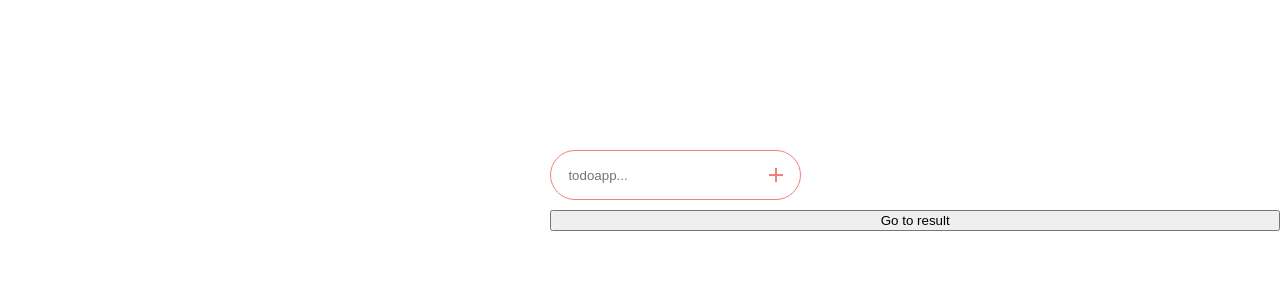
Repository: ehabmelhem/React-Redux--todoapp
Page: / (app in todoapp/)
The author's editor kept a copy of each file at every save. The page is drawn from the files as they stood at one save, then again after the next save.
The browser window is 1280 px wide. The pictures show the whole page.
The project was rebuilt for these pictures with package versions that can differ from the ones it lists, and the page was loaded fresh each time. Imported but missing from the stored project, and not drawn on this page: todoapp/src/redux/reducers.

Above is the page before, as saved 2021-01-30 18:20:35.

After the next save:
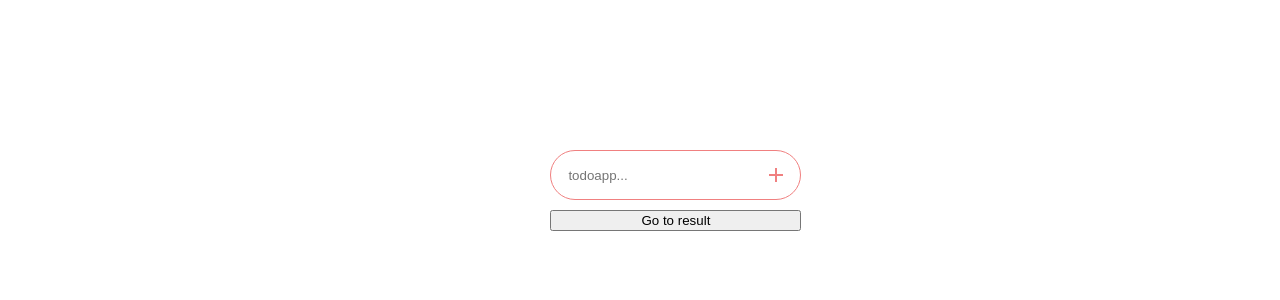
Saved 6 s later.
--- a/todoapp/src/App.css
+++ b/todoapp/src/App.css
@@ -4,6 +4,7 @@
 .container {
   margin-left: 43vw;
   margin-top: 150px;
+  width: fit-content;
 }
 .flex {
   width: fit-content;
